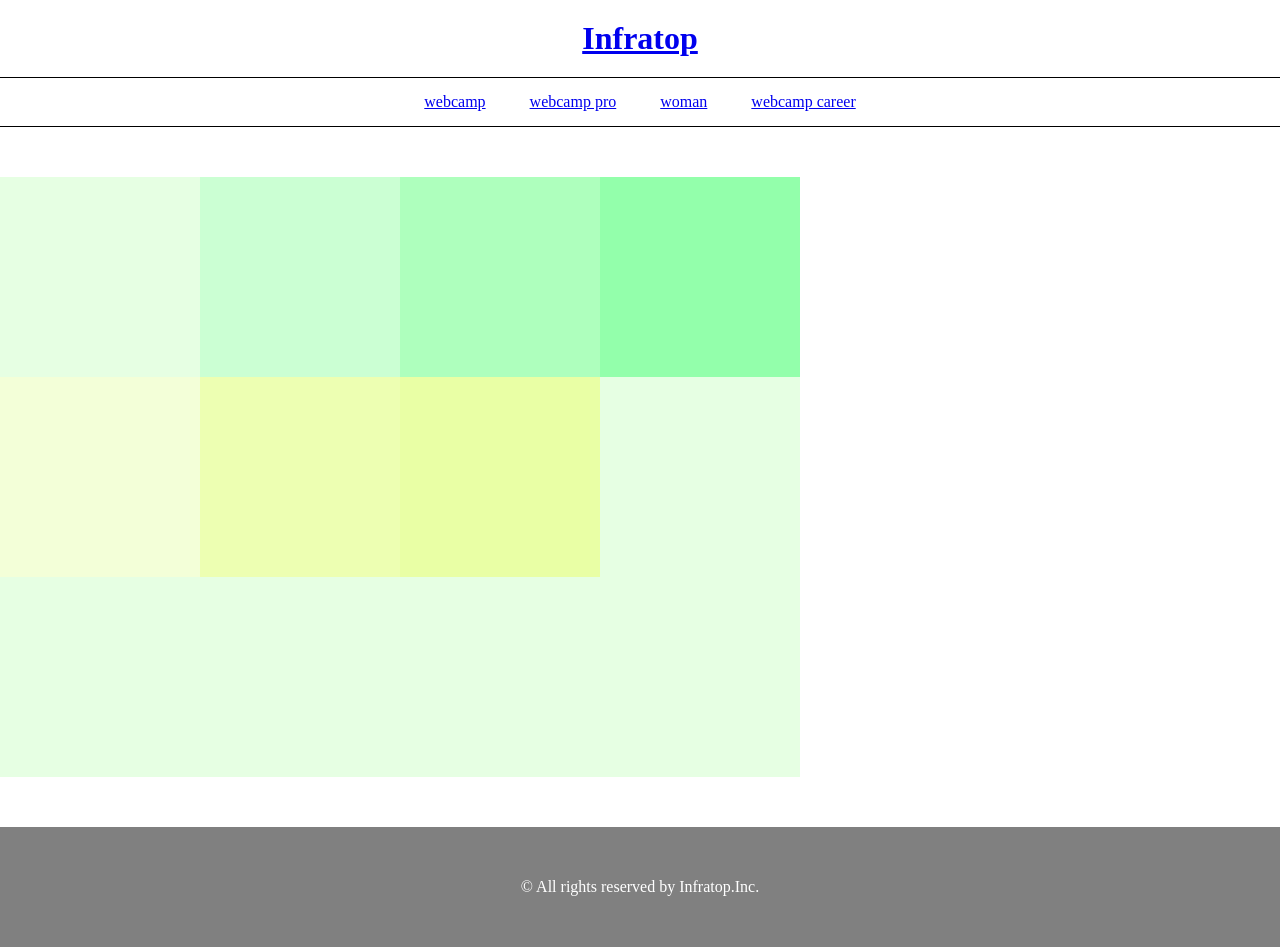
Repository: rascalNoShippo/git-practice
Page: chapter5_exercise/index.html
The author's editor kept a record of every edit. The page is drawn from the files as they stood at one moment, then again after the next edit.
The browser window is 1280 px wide. The pictures show the whole page.

Above is the page before.

After the next edit:
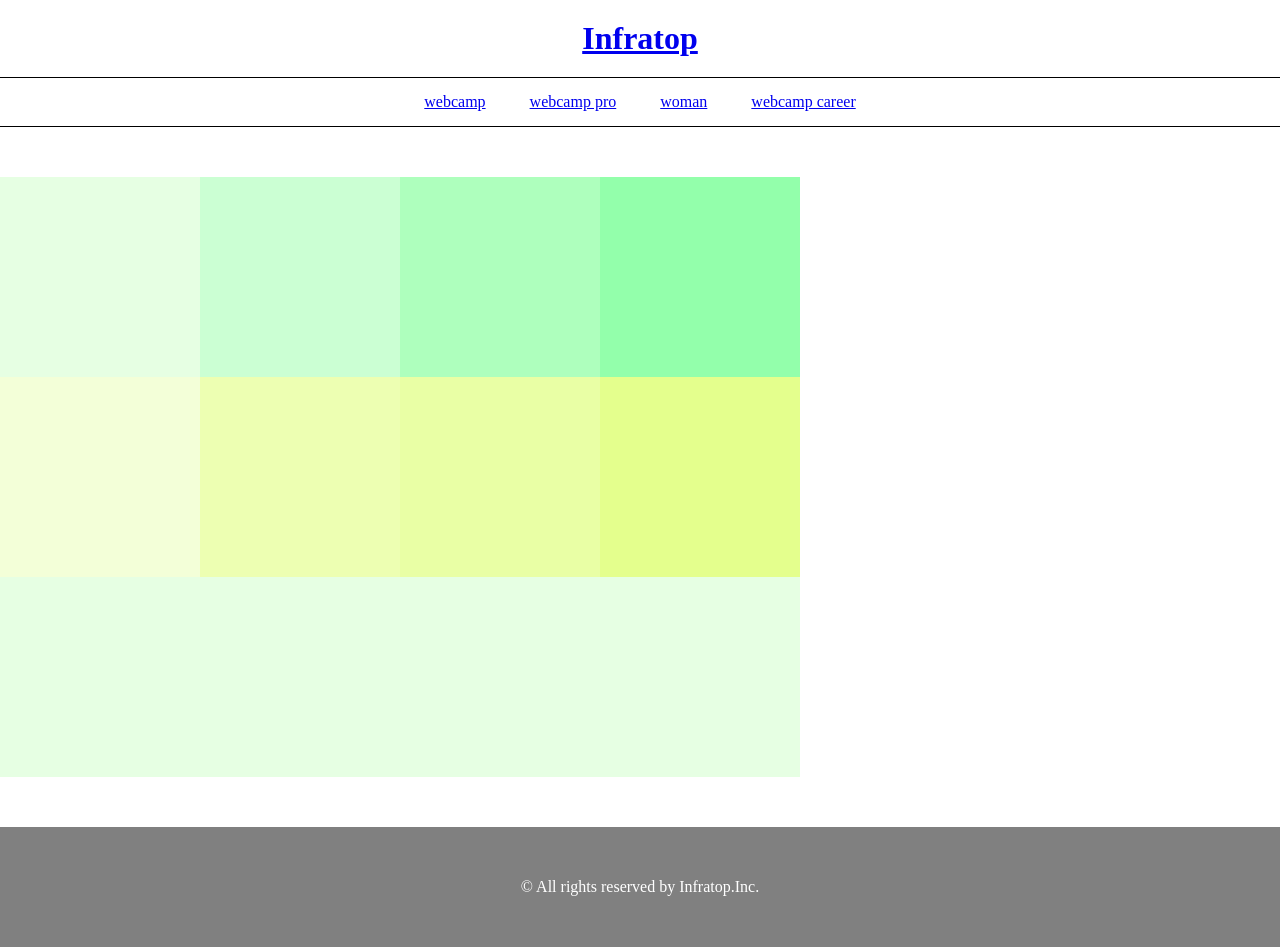
The edit:
--- a/chapter5_exercise/style.css
+++ b/chapter5_exercise/style.css
@@ -67,7 +67,7 @@
 }
 
 .box.n8{
-  background-color: #e6ffe3;
+  background-color: #e4ff8d;
 }
 
 .box.n9{
